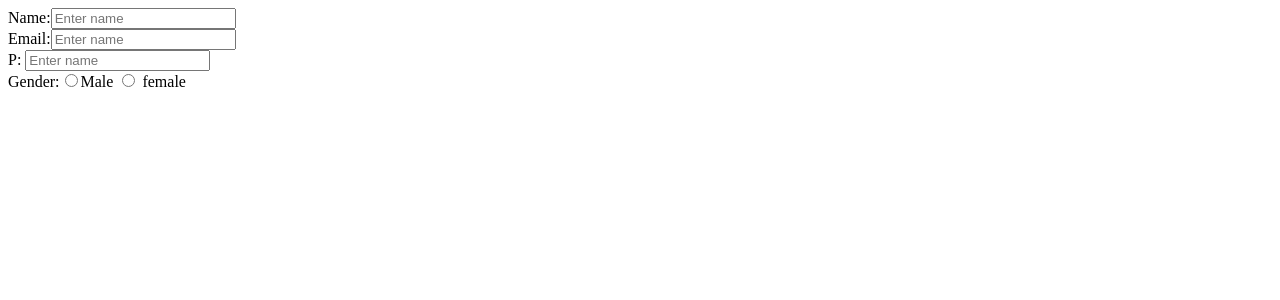
Repository: Senyadt2/Projects-On-Java
Page: http://localhost/RegisterLogin/register.jsp
The author's editor kept a copy of each file at every save. The page is drawn from the files as they stood at one save, then again after the next save.
The browser window is 1280 px wide. The pictures show the whole page.
The page is served by Tomcat 9. Other server files are loaded and not shown.

Above is the page before, as saved 2024-03-25 12:01:42.

### RegisterLogin/src/main/webapp/register.jsp
<%@ page language="java" contentType="text/html; charset=ISO-8859-1"
	pageEncoding="ISO-8859-1"%>
<!DOCTYPE html>
<html>
<head>
<meta charset="ISO-8859-1">
<title>Insert title here</title>
</head>
<body>
	<form action="">
		Name:<input type="text" placeholder="Enter name"><br>
		Email:<input type="text" placeholder="Enter name"><br>
		P: <input type="text" placeholder="Enter name"><br>
		Gender:<input type="radio" name="gender" value="male">Male</input>
		<input type="radio" name="gender" value="female" > female </input> <br>
	</form>

</body>
</html>

After the next save:
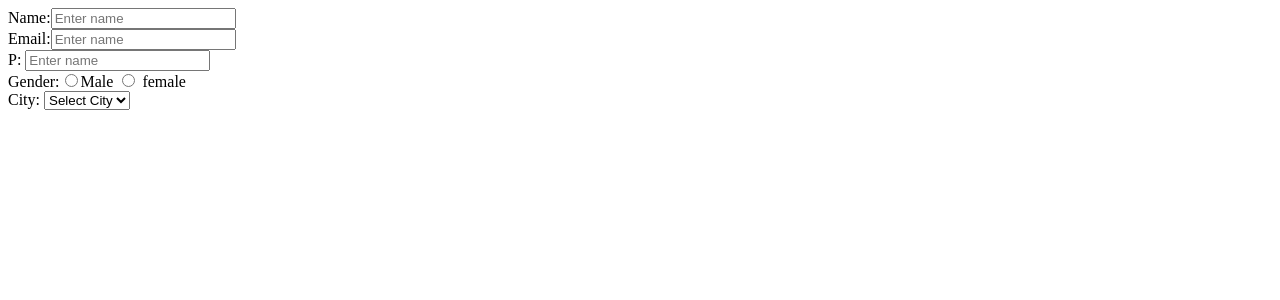
Saved 22 s later.
--- a/RegisterLogin/src/main/webapp/register.jsp
+++ b/RegisterLogin/src/main/webapp/register.jsp
@@ -13,6 +13,7 @@
 		P: <input type="text" placeholder="Enter name"><br>
 		Gender:<input type="radio" name="gender" value="male">Male</input>
 		<input type="radio" name="gender" value="female" > female </input> <br>
+		City: <select><option>Select City </option> </select>
 	</form>
 
 </body>
